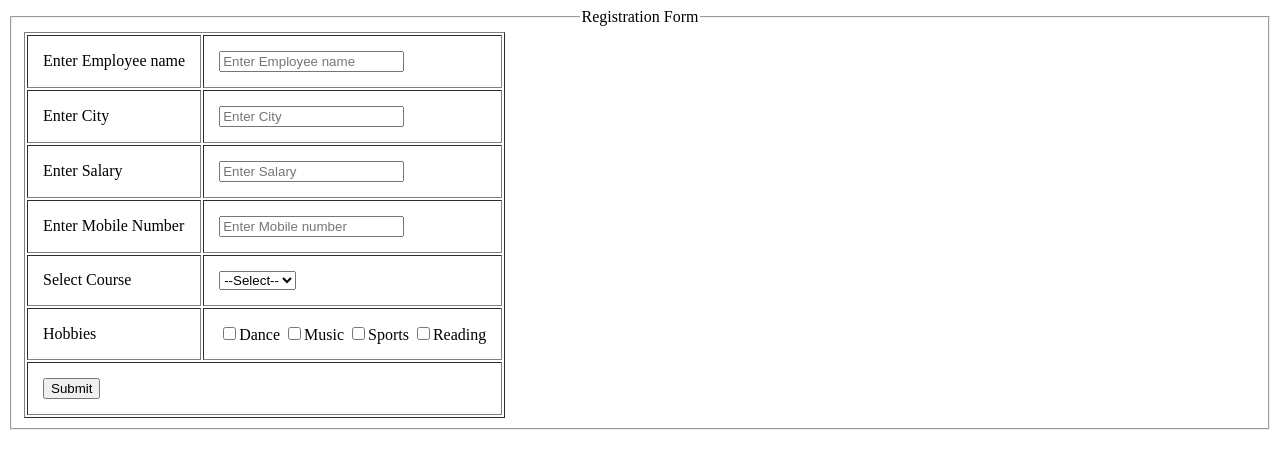
Repository: bigee1397/22-3-2024
Page: http://localhost/RDDemo/
The author's editor kept a copy of each file at every save. The page is drawn from the files as they stood at one save, then again after the next save.
The browser window is 1280 px wide. The pictures show the whole page.
The page is served by Tomcat 9. Other server files are loaded and not shown.

Above is the page before, as saved 2024-03-15 05:03:44.

### jspandservlets/RDDemo/src/main/webapp/index.jsp
<%@ page language="java" contentType="text/html; charset=ISO-8859-1"
    pageEncoding="ISO-8859-1" %>
<!DOCTYPE html>
<html>
<head>
<meta charset="ISO-8859-1">
<title>Insert title here</title>
<style>
	td{
		padding:15px;
	}
</style>
</head>
<body>
	<fieldset>
		<legend align="center">Registration Form</legend>
		<form action="registerServlet" method="post">
			<table align="left" border="1">
				<tr>
					<td>Enter Employee name</td>
					<td><input type="text" name="employeeName" placeholder="Enter Employee name" /> </td>
				</tr>
				<tr>
					<td>Enter City</td>
					<td><input type="text" name="city" placeholder="Enter City" /> </td>
				</tr>
				<tr>
					<td>Enter Salary</td>
					<td><input type="number" name="salary" placeholder="Enter Salary" /> </td>
				</tr>
				<tr>
					<td>Enter Mobile Number</td>
					<td><input type="tel" name="mobile" placeholder="Enter Mobile number" /> </td>
				</tr>
				<tr>
					<td>Select Course</td>
					<td>
						<select name="course">
				            <option>--Select--</option>
				            <option value="Java">Java</option>
				            <option value="Spring">Spring</option>
				            <option value="Angular">Angular</option>
				            <option value="Node">Node</option>
			        	</select>
			        </td>
				</tr>
				<tr>
					<td>Hobbies</td>
					<td>
						<input type="checkbox" name="hobby" value="dance">Dance
				        <input type="checkbox" name="hobby" value="music">Music
				        <input type="checkbox" name="hobby" value="sports">Sports
				        <input type="checkbox" name="hobby" value="reading">Reading
			        </td>
				</tr>
				<tr>
					<td colspan=2><input type="submit" value="Submit"></td>
				</tr>

			</table>
		</form>
	</fieldset>
</body>
</html>

After the next save:
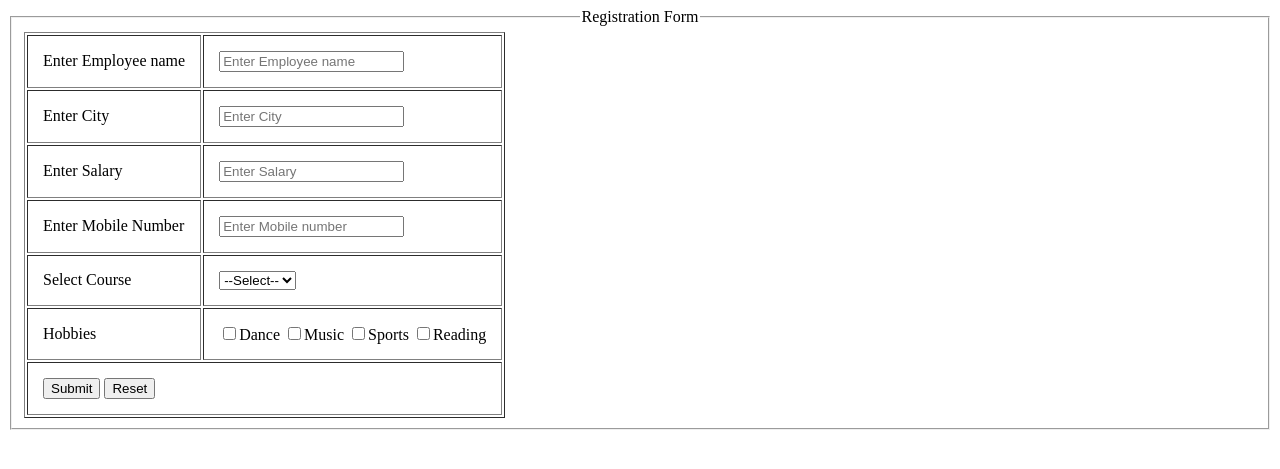
Saved 64 s later.
--- a/jspandservlets/RDDemo/src/main/webapp/index.jsp
+++ b/jspandservlets/RDDemo/src/main/webapp/index.jsp
@@ -54,7 +54,8 @@
 			        </td>
 				</tr>
 				<tr>
-					<td colspan=2><input type="submit" value="Submit"></td>
+					<td colspan=2><input type="submit" value="Submit">
+					<input type="reset" value="Reset"></td>
 				</tr>
 
 			</table>
